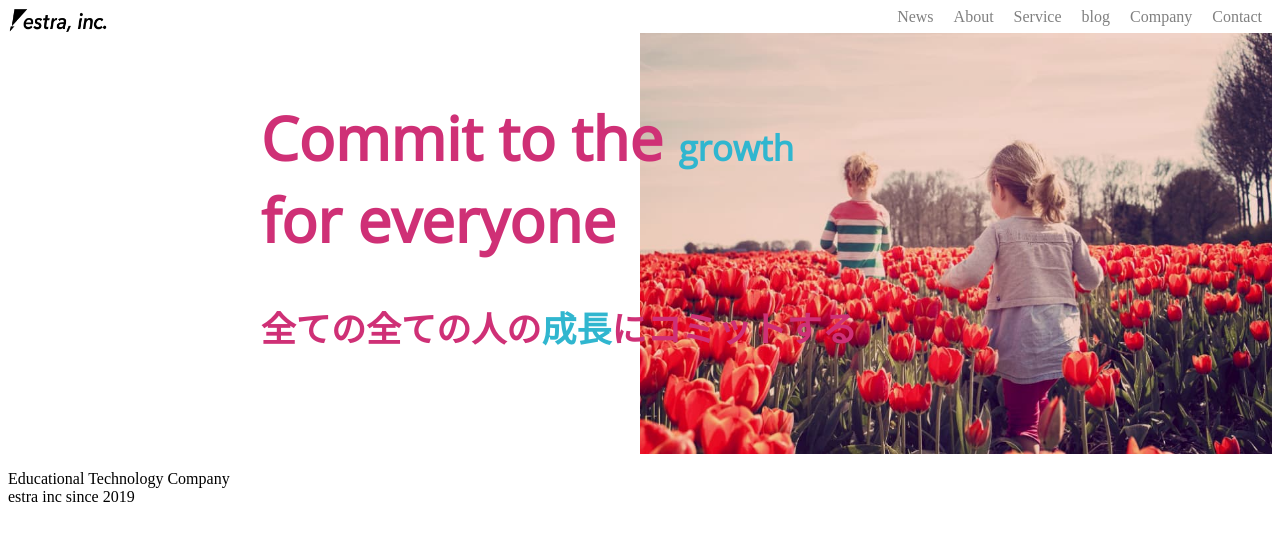
Repository: sigemasaasuka/20210902
Page: index.html
The author's editor kept a copy of each file at every save. The page is drawn from the files as they stood at one save, then again after the next save.
The browser window is 1280 px wide. The pictures show the whole page.

Above is the page before, as saved 2021-09-07 18:45:16.

### index.html
<!DOCTYPE html>
<html lang="ja">

<head>
  <meta charset="UTF-8">
  <meta name="viewport" content="width=device-width, initial-scale=1.0">
  <title>Document</title>
  <link rel="stylesheet" href="css/style.css">
</head>

<body>
  <div class="flex">
    <img src="img/img/estra_logo.png" alt="estra_logo" width="100px" height="25px">
    <div class="parent">
      <div class="child">News</div>
      <div class="child">About</div>
      <div class="child">Service</div>
      <div class="child">blog</div>
      <div class="child">Company</div>
      <div class="child">Contact</div>

    </div>
  </div>
  <div class="relative">
    <img class="relative__img" src="img/img/firstview.jpg" alt="firstview">
    <link rel="preconnect" href="https://fonts.googleapis.com">
    <link rel="preconnect" href="https://fonts.gstatic.com" crossorigin>
    <link
      href="https://fonts.googleapis.com/css2?family=Indie+Flower&family=Noto+Sans+JP:wght@300&family=Open+Sans:wght@300&display=swap"
      rel="stylesheet">
    <div class="example">
      <h1>Commit to the <span class="document"> growth</span> <br>for everyone</h1>
      <div class="example-txt">
        <h3>全ての全ての人の<span class="document">成長</span>にコミットする</h3>
      </div>
    </div>
    <p>Educational Technology Company<br>estra inc since 2019</p>
  </div>
</body>

</html>

### css/style.css
.img {
  text-align: left;
}

.parent {
  display: flex;
  text-align: right;
  color: gray;
}

.child {
  margin: 0 10px;
}
.flex {
  display: flex;
  justify-content: space-between;
}

.relative {
  position: relative;
}

.relative__img {
  margin: 0 0 0 auto;
  display: block;
  width: 50%;
}

.example {
  position: absolute;
  top: 5%;
  left: 20%;
  font-size: 30px;
  color: #cf3076;
  font-family: "Indie Flower", cursive;
  font-family: "Noto Sans JP", sans-serif;
  font-family: "Open Sans", sans-serif;
}

.document {
  top: 5%;
  left: 10%;
  font-size: 35px;
  color: #30b6cf;
  font-family: "Indie Flower", cursive;
  font-family: "Noto Sans JP", sans-serif;
  font-family: "Open Sans", sans-serif;
}

.p {
  margin: 10 200;
  color: gray;
}

After the next save:
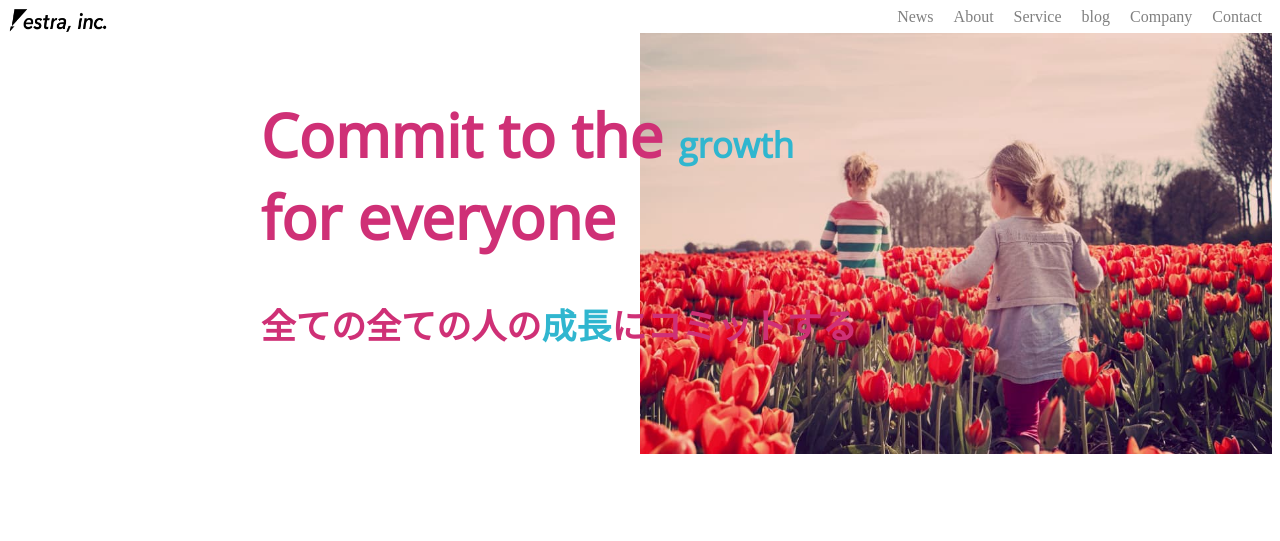
Saved 6 min 23 s later.
--- a/index.html
+++ b/index.html
@@ -34,7 +34,7 @@
         <h3>全ての全ての人の<span class="document">成長</span>にコミットする</h3>
       </div>
     </div>
-    <p>Educational Technology Company<br>estra inc since 2019</p>
+
   </div>
 </body>
 

After the 3 saves that followed:
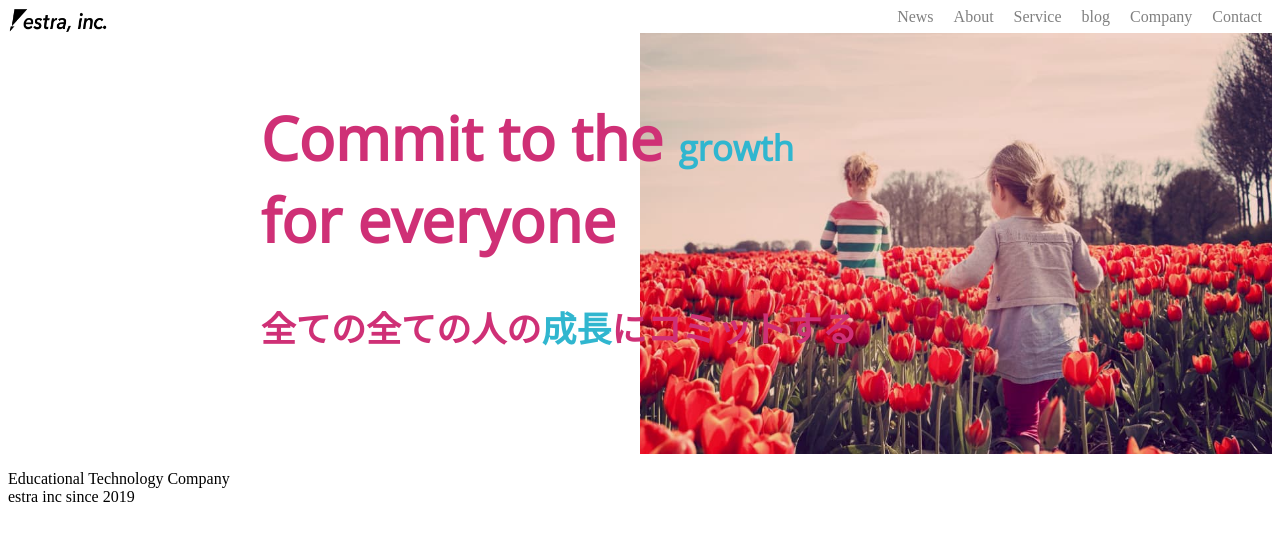
The 3 saves are shown as one change because 1 left the picture as it was and some came seconds apart.
The last was saved 2 min 29 s later.
--- a/index.html
+++ b/index.html
@@ -34,7 +34,7 @@
         <h3>全ての全ての人の<span class="document">成長</span>にコミットする</h3>
       </div>
     </div>
-
+    <p>Educational Technology Company<br>estra inc since 2019</p>
   </div>
 </body>
 
